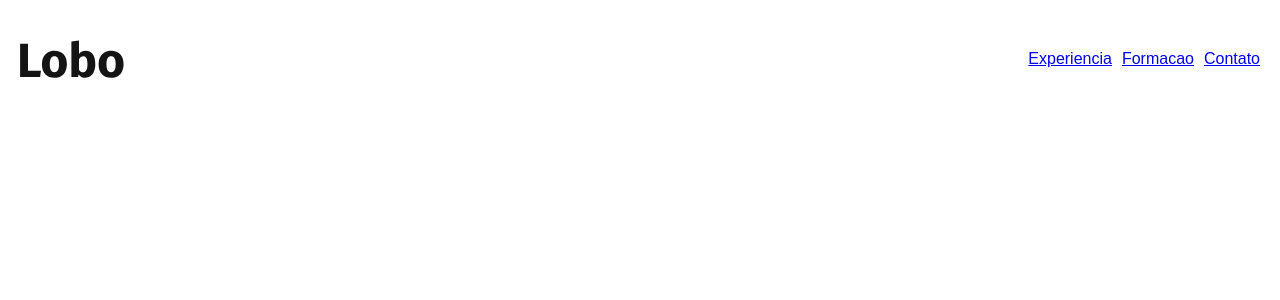
Repository: RflBueno/estudos
Page: Projeto Lobo/index.html
The author's editor kept a copy of each file at every save. The page is drawn from the files as they stood at one save, then again after the next save.
The browser window is 1280 px wide. The pictures show the whole page.

Above is the page before, as saved 2025-03-27 23:28:23.

### Projeto Lobo/index.html
<!DOCTYPE html>
<html lang="en">
<head>
    <meta charset="UTF-8">
    <meta name="viewport" content="width=device-width, initial-scale=1.0">
    <link rel="stylesheet" href="./css/style.css">
    <title>Lobo - Desenvolvedor e Design</title>
</head>
<body>
    <header class="header">
        <img src="./img/marca.svg" alt="Lobo">
        <nav>
            <ul class="header-menu">
                <li><a href="#experiencia">Experiencia</a></li>
                <li><a href="#formacao">Formacao</a></li>
                <li><a href="#contato">Contato</a></li>
            </ul>
        </nav>
    </header>
</body>
</html>

### Projeto Lobo/css/style.css
@import './global.css';
@import './header.css';

### Projeto Lobo/css/global.css
body {
    font-family: 'Fira Sans', Arial, sans-serif;
    margin: 0px;
    color: #141414;
}

h1, h2, h3, h4, h5, h6, p {
    margin: 0px;
}

ul {
    list-style: none;
    padding: 0px;
    margin: 0px;
}

img {
    max-width: 100%;
    display: block;
}

### Projeto Lobo/css/header.css
.header {
    padding: 40px 20px;
    display: flex;
    justify-content: space-between;
    align-items: center;
}

.header-menu {
    display: flex;
    flex-wrap: wrap;
    gap: 10px;
}

After the next save:
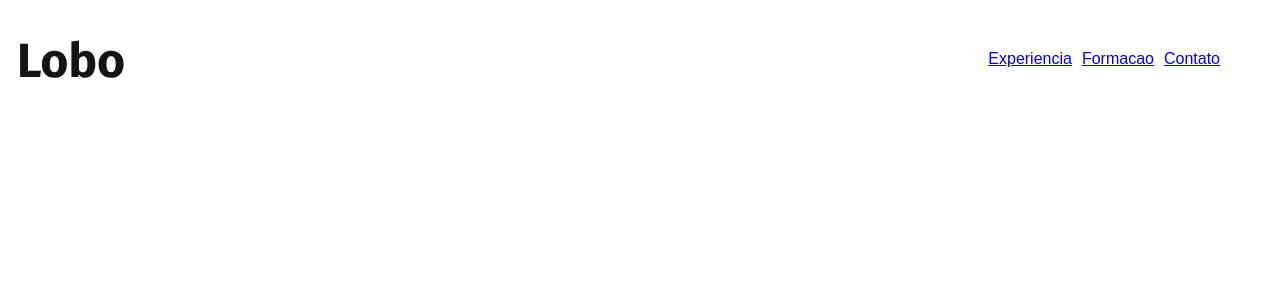
Saved 43 s later.
--- a/Projeto Lobo/css/header.css
+++ b/Projeto Lobo/css/header.css
@@ -1,4 +1,5 @@
 .header {
+    max-width: 1200px;
     padding: 40px 20px;
     display: flex;
     justify-content: space-between;
